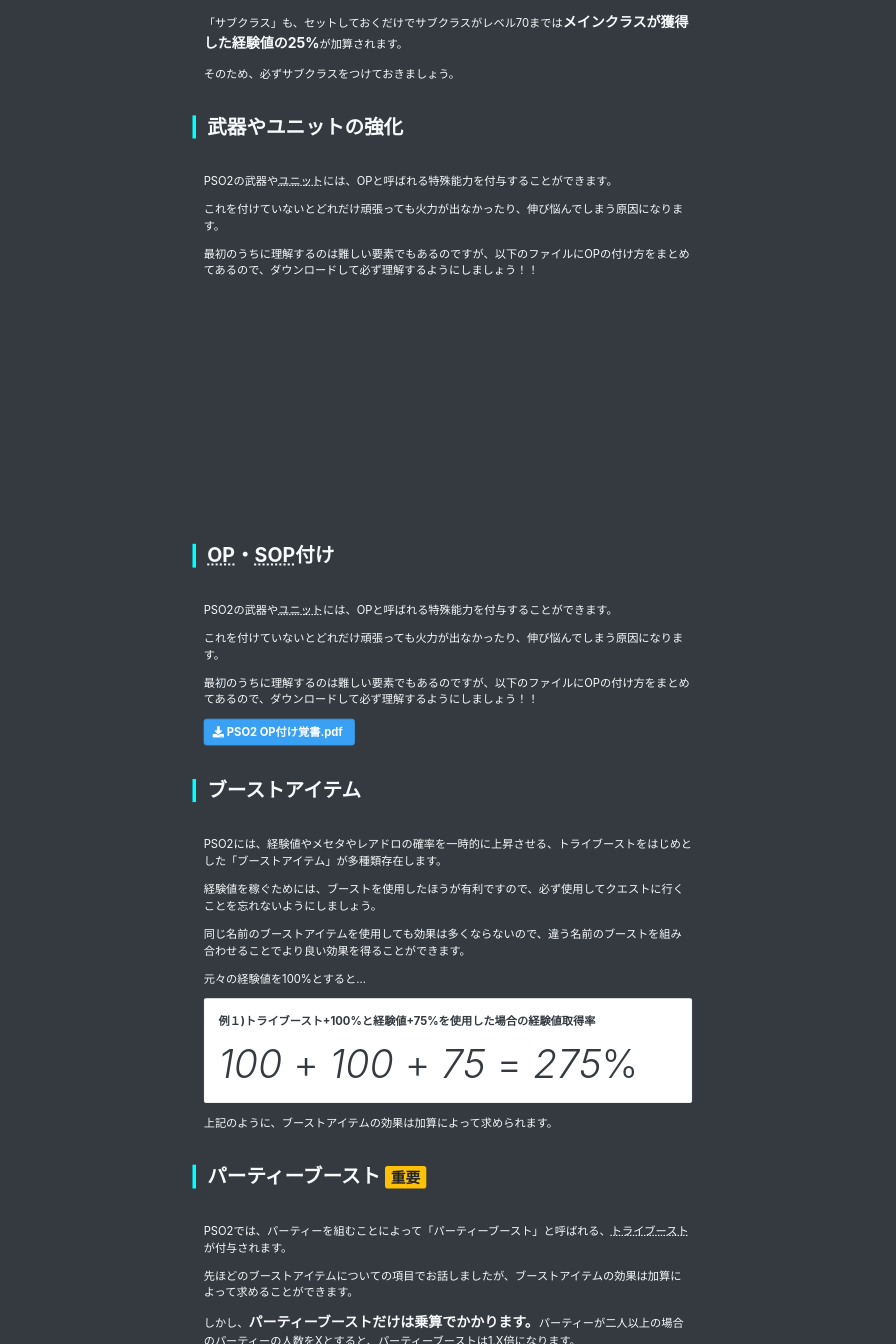
Repository: milkyahonpo/Website_source
Page: docs/capture.html
The author's editor kept a copy of each file at every save. The page is drawn from the files as they stood at one save, then again after the next save.
The browser window is 1280 px wide. The pictures show the part of the page from y = 2917 to 4837 px (the page is 10328 px tall before and 10200 px after), at 70% of full size.
Pictures or frames that could not be fetched are drawn as grey boxes. Some web libraries are served in a nearby version.

Above is the page before, as saved 2020-02-03 09:53:15.

### docs/capture.html
<!DOCTYPE html>
<html lang="ja">
  <head>
    <!-- Required meta tags -->
    <meta charset="utf-8">
    <meta name="viewport" content="width=device-width, initial-scale=1, shrink-to-fit=no">
    <!-- Bootstrap CSS -->
    <link rel="stylesheet" href="https://stackpath.bootstrapcdn.com/bootstrap/4.3.1/css/bootstrap.min.css" integrity="sha384-ggOyR0iXCbMQv3Xipma34MD+dH/1fQ784/j6cY/iJTQUOhcWr7x9JvoRxT2MZw1T" crossorigin="anonymous">
    <!-- My CSS -->
    <link rel="stylesheet" href="css/capture.css">
    <!-- favicon -->
    <link rel="shortcut icon" href="img/favicon.ico">
    <!-- Font Awesome -->
    <link href="https://use.fontawesome.com/releases/v5.6.1/css/all.css" rel="stylesheet">
    <!-- Google Fonts -->
    <link href="https://fonts.googleapis.com/css?family=Titillium+Web&display=swap" rel="stylesheet">

    <title>みるく屋本舗 - 攻略本 -</title>
  </head>

  <body>
  <!-- Navigation -->
  <nav class="navbar navbar-expand-lg navbar-light fixed-top py-3" id="mainNav">
    <div class="container">
      <a class="navbar-brand" href="index.html">
        <img src="./img/logo.png" width="50" height="50" alt="">
        <b>みるく屋本舗</b>
      </a>
      <button class="navbar-toggler navbar-togglar-right" type="button" data-toggle="collapse" data-target="#navbarResponsive" aria-controls="navbarResponsive" aria-expanded="false" aria-label="Toggle navigation">
        <span class="navbar-toggler-icon"></span>
      </button>
      <div class="collapse navbar-collapse" id="navbarResponsive">
        <ul class="navbar-nav ml-auto my-2 my-lg-0">
          <li class="nav-item">
            <a class="nav-link js-scroll-trigger" href="#basic">基礎知識</a>
          </li>
          <li class="nav-item">
            <a class="nav-link js-scroll-trigger" href="#lv1-50">Lv01～Lv50</a>
          </li>
          <li class="nav-item">
            <a class="nav-link js-scroll-trigger" href="#lv51-75">Lv51～Lv75</a>
          </li>
          <li class="nav-item">
            <a class="nav-link js-scroll-trigger" href="#lv76-80">Lv76～Lv80</a>
          </li>
          <li class="nav-item">
            <a class="nav-link js-scroll-trigger" href="#lv81-90">Lv81～Lv90</a>
          </li>
        </ul>
      </div>
    </div>
  </nav>
  <!-- About Section -->
  <section class="page-section h-100 bg-dark text-light">
    <div class="container h-100">
      <div class="row h-100 justify-content-center align-items-center">
        <div class="col-lg-8">
          <h2 class="display-1 mt-0 font-weight-bold text-center"><span style="color: cyan;">攻</span>略本</h2>
          <hr class="divider my-4">
          <p class="lead text-center">チムメンに役立つ育成情報を掲載します！</p>
          <p class="text-center"><small>最終更新 : 2020/01/23</small></p>
        </div>
      </div>
    </div>
  </section>

  <div class="page-section bg-dark text-light">
    <div class="container">
      <div class="row py-5 justify-content-center" id="basic">
        <div class="col-md-8">
          <h2 class="font-weight-bold">基礎知識</h2>
          <h3 class="my-5 pl-3"><strong class="font-weight-bold">メインクラスとサブクラス</strong></h3>
          <div class="px-3">
            <div>
              PSO2には「メインクラス」と「サブクラス」があります。
              <ul>
                <li>「メインクラス」装備できる武器に影響するクラス</li>
                <li>「サブクラス」一部のスキルとステータスの影響を受けるクラス<br>
              </ul>
              以下にクラス一覧と、その装備できる武器について示します。
            </div>
            <p class="alert alert-info">ガンスラッシュはどのクラスでも使用することができます。</p>
            <h4>通常クラス</h4>
            <table class="table table-striped table-hover my-3 table-dark">
              <tr><th>アイコン</th><th>クラス名</th><th>略称</th><th>装備できる武器</th></tr>
              <tr><td><img class="img-thumbnail" src="img/Hu.png"　style="display: inline-block" width="50px" height="auto"></td><td><a href="https://pso2.swiki.jp/index.php?%E3%83%8F%E3%83%B3%E3%82%BF%E3%83%BC">ハンター</a></td><td>Hu</td><td><ul><li>ソード</li><li>ワイヤードランス</li><li>パルチザン</li></ul></td></tr>
              <tr><td><img class="img-thumbnail" src="img/Fi.png"　style="display: inline-block" width="50px" height="auto"></td><td><a href="https://pso2.swiki.jp/index.php?%E3%83%95%E3%82%A1%E3%82%A4%E3%82%BF%E3%83%BC">ファイター</a></td><td>Fi</td><td><ul><li>ツインダガー</li><li>ダブルセイバー</li><li>ナックル</li></ul></td></tr>
              <tr><td><img class="img-thumbnail" src="img/Ra.png"　style="display: inline-block" width="50px" height="auto"></td><td><a href="https://pso2.swiki.jp/index.php?%E3%83%AC%E3%83%B3%E3%82%B8%E3%83%A3%E3%83%BC">レンジャー</a></td><td>Ra</td><td><ul><li>ランチャー</li><li>アサルトライフル</li></ul></td></tr>
              <tr><td><img class="img-thumbnail" src="img/Gu.png"　style="display: inline-block" width="50px" height="auto"></td><td><a href="https://pso2.swiki.jp/index.php?%E3%82%AC%E3%83%B3%E3%83%8A%E3%83%BC">ガンナー</a></td><td>Gu</td><td><ul><li>ツインマシンガン</li><li>アサルトライフル</li></ul></td></tr>
              <tr><td><img class="img-thumbnail" src="img/Fo.png"　style="display: inline-block" width="50px" height="auto"></td><td><a href="https://pso2.swiki.jp/index.php?%E3%83%95%E3%82%A9%E3%83%BC%E3%82%B9">フォース</a></td><td>Fo</td><td><ul><li>ロッド</li><li>タリス</li></ul></td></tr>
              <tr><td><img class="img-thumbnail" src="img/Te.png"　style="display: inline-block" width="50px" height="auto"></td><td><a href="https://pso2.swiki.jp/index.php?%E3%83%86%E3%82%AF%E3%82%BF%E3%83%BC">テクター</a></td><td>Te</td><td><ul><li>ウォンド</li><li>タリス</li></ul></td></tr>
              <tr><td><img class="img-thumbnail" src="img/Br.png"　style="display: inline-block" width="50px" height="auto"></td><td><a href="https://pso2.swiki.jp/index.php?%E3%83%96%E3%83%AC%E3%82%A4%E3%83%90%E3%83%BC">ブレイバー</a></td><td>Br</td><td><ul><li>カタナ</li><li>バレットボウ</li></ul></td></tr>
              <tr><td><img class="img-thumbnail" src="img/Bo.png"　style="display: inline-block" width="50px" height="auto"></td><td><a href="https://pso2.swiki.jp/index.php?%E3%83%90%E3%82%A6%E3%83%B3%E3%82%B5%E3%83%BC">バウンサー</a></td><td>Bo</td><td><ul><li>ジェットブーツ</li><li>デュアルブレード</li></ul></td></tr>
              <tr><td><img class="img-thumbnail" src="img/Su.png"　style="display: inline-block" width="50px" height="auto"></td><td><a href="https://pso2.swiki.jp/index.php?%E3%82%B5%E3%83%A2%E3%83%8A%E3%83%BC">サモナー</a></td><td>Su</td><td><ul><li>タクト</li></ul></td></tr >
            </table>
            <div class="my-5">
              <p>これらの通常クラスのいずれか２つをレベル75にすることで選択可能になる<strong class="lead font-weight-bold">「後継クラス」</strong>というものがあります。</p>
              <p>後継クラスは現状で３つあり、ファントムとエトワールはサブクラスとしてセットすることができますが、メインクラスとして使う場合、<strong class="lead font-weight-bold">全てサブクラスをセットすることができません。</strong>その代わりに、各クラス特徴のある強力なクラススキルを有しており、非常に優秀なクラスとなっています。</p>
            </div>
            <h4>後継クラス</h4>
            <table class="table table-striped table-hover my-3 table-dark">
              <tr><th>アイコン</th><th>クラス名</th><th>略称</th><th>装備できる武器</th></tr>
              <tr><td><img class="img-thumbnail" src="img/Hr.png"　style="display: inline-block" width="50px" height="auto"></td class="align-items-center"><td><a href="https://pso2.swiki.jp/index.php?%E3%83%92%E3%83%BC%E3%83%AD%E3%83%BC">ヒーロー</a></td><td>Hr</td><td><ul><li>ソード</li><li>ツインマシンガン</li><li>タリス</li></ul></td></tr>
              <tr><td><img class="img-thumbnail" src="img/Ph.png"　style="display: inline-block" width="50px" height="auto"></td><td><a href="https://pso2.swiki.jp/index.php?%E3%83%95%E3%82%A1%E3%83%B3%E3%83%88%E3%83%A0">ファントム</a></td><td>Ph</td><td><ul><li>カタナ</li><li>アサルトライフル</li><li>ロッド</li></td></tr>
              <tr><td><img class="img-thumbnail" src="img/Et.png"　style="display: inline-block" width="50px" height="auto"></td><td><a href="https://pso2.swiki.jp/index.php?%E3%82%A8%E3%83%88%E3%83%AF%E3%83%BC%E3%83%AB">エトワール</a></td><td>Et</td><td><ul><li>ダブルセイバー</li><li>デュアルブレード</li><li>ウォンド</li></td></tr>
            </table>
            <p>「メインクラス」は、当然ですが入手した経験値の100%が加算されます。</p>
            <p>「サブクラス」も、セットしておくだけでサブクラスがレベル70までは<strong class="lead font-weight-bold">メインクラスが獲得した経験値の25%</strong>が加算されます。</p>
            <p>そのため、必ずサブクラスをつけておきましょう。</p>
          </div>
          <h3 class="my-5 pl-3"><strong class="font-weight-bold">武器やユニットの強化</strong></h3>
          <div class="px-3">
            <p>PSO2の武器や<abbr title="防具のこと">ユニット</abbr>には、OPと呼ばれる特殊能力を付与することができます。</p>
            <p>これを付けていないとどれだけ頑張っても火力が出なかったり、伸び悩んでしまう原因になります。</p>
            <p>最初のうちに理解するのは難しい要素でもあるのですが、以下のファイルにOPの付け方をまとめてあるので、ダウンロードして必ず理解するようにしましょう！！</p>
            <div class="movie-box">
              <iframe width="560" height="315" src="https://www.youtube-nocookie.com/embed/dSWcW5Sa8bw" frameborder="0" allow="accelerometer; autoplay; encrypted-media; gyroscope; picture-in-picture" allowfullscreen></iframe>
            </div>
          </div>
          <h3 class="my-5 pl-3"><strong class="font-weight-bold"><abbr title="特殊能力(DL先のファイルに詳細)">OP</abbr>・<abbr title="S級特殊能力(DL先のファイルに詳細)">SOP</abbr>付け</strong></h3>
          <div class="px-3">
            <p>PSO2の武器や<abbr title="防具のこと">ユニット</abbr>には、OPと呼ばれる特殊能力を付与することができます。</p>
            <p>これを付けていないとどれだけ頑張っても火力が出なかったり、伸び悩んでしまう原因になります。</p>
            <p>最初のうちに理解するのは難しい要素でもあるのですが、以下のファイルにOPの付け方をまとめてあるので、ダウンロードして必ず理解するようにしましょう！！</p>
            <a class="text-decoration-none" href="./document/PSO2 OP付け覚書.pdf" download="PSO2 OP付け覚書.pdf">
              <button class="btn btn-primary">
                <span class="text-decoration-none"><i class="fas fa-download"></i><b class="px-1">PSO2 OP付け覚書.pdf</b></span>
              </button>
            </a>
          </div>
          <h3 class="my-5 pl-3"><strong class="font-weight-bold">ブーストアイテム</strong></h3>
          <div class="px-3">
            <p>PSO2には、経験値やメセタやレアドロの確率を一時的に上昇させる、トライブーストをはじめとした「ブーストアイテム」が多種類存在します。</p>
            <p>経験値を稼ぐためには、ブーストを使用したほうが有利ですので、必ず使用してクエストに行くことを忘れないようにしましょう。</p>
            <p>同じ名前のブーストアイテムを使用しても効果は多くならないので、違う名前のブーストを組み合わせることでより良い効果を得ることができます。</p>
            <p>元々の経験値を100%とすると...</p>
            <div class="card mb-3 text-dark">
              <div class="card-body">
              <p><b>例１)トライブースト+100%と経験値+75%を使用した場合の経験値取得率</b></p>
              <strong class="my-1 display-4"><var>100</var> + <var>100</var> + <var>75</var> = <var>275</var>%</strong>
              </div>
            </div>
            <p>上記のように、ブーストアイテムの効果は加算によって求められます。</p>
          </div>
          <h3 class="my-5 pl-3"><strong class="font-weight-bold">パーティーブースト </strong><span class="badge badge-warning">重要</span></h3>
          <div class="px-3">
            <p>PSO2では、パーティーを組むことによって「パーティーブースト」と呼ばれる、<abbr title="略称「トラブ」 メセタ、レアドロ、経験値獲得量UP">トライブースト</abbr>が付与されます。</p>
            <p>先ほどのブーストアイテムについての項目でお話しましたが、ブーストアイテムの効果は加算によって求めることができます。</p>
            <p>しかし、<strong class="lead font-weight-bold">パーティーブーストだけは乗算でかかります。</strong>パーティーが二人以上の場合のパーティーの人数をXとすると、パーティーブーストは1.X倍になります。</p>
            <div class="card mb-3 text-dark">
              <div class="card-body">
              <p><b>例２)例１の場合でパーティー４人の場合の経験値取得率</b></p>
              <strong class="my-1 display-4"><var>275</var> * <var>1.4</var> = <span class="enh"><var>385</var>%</span></strong><br>
              </div>
            </div>
            <p>絶対に４人パーティーで行きましょう！</p>
          </div>
          <h3 class="my-5 pl-3"><strong class="font-weight-bold">PSO2の日(毎月2日 +プレミアムは22日)</strong></h3>
          <div class="px-3">
            <p>この日だけは、終日トライブースト+100%が標準で付きます。</p>
            <p>この日にレベルアップクエストを全力で周回しましょう！</p>
            <p>また、ボーナスキー東京・金ももらえますので、必ずログインしましょう！</p>
          </div>
          <h3 class="my-5 pl-3"><strong class="font-weight-bold">プレミアムアカウント </strong><span class="badge badge-warning">重要</span></h3>
          <div class="px-3">
            <p>プレミアムアカウントだと、その期間は常にトライブースト+50%が付与されます。</p>
            <p>また、プレミアムアカウントだとプレミアムドリンクを飲むことができ、確定で経験値UPの効果を得られるドリンクを飲むことができます！</p>
            <p>一応ノーマルアカウントでもランダムで出ますが、そちらは+10%でこちらは+15%なので、地味にありがたいことであったりします。</p>
            <p>その他多くのメリットがあり、非常におすすめです。詳細は以下からご確認ください。</p>
            <a href="http://pso2.jp/players/manual/preparations/ac/#sys-manual-513"><button class="btn btn-primary"><i class="fas fa-question-circle"></i> プレミアムアカウントについて</button></a>
          </div>
        </div>
      </div>
      <div class="row py-5 justify-content-center" id="lv1-50">
        <div class="col-lg-8">
          <h2><b>Lv01～50</b></h2>
          <h3 class="my-5 pl-3"><strong class="font-weight-bold">クエストに行かない！</strong></h3>
          <div class="px-3">
            <p>それが大事です。ひたすらに。</p>
            <p>理由としては、難易度的にも効率的にも、経験値がおいしくないからです。</p>
            <p>初心者として始めた時点だと、倉庫に「経験値獲得チケット」が眠っているので、まずはそれを使ってドシドシとレベルを上げていきましょう！</p>
            <p>１レベル上がるのに必要な経験値が一気に上がるのは41レベル以降なので、そこまでは一気に上がっていくはずです。</p>
            <p><strong class="lead font-weight-bold">しかし！！</strong>以下の注意点があります...</p>
          </div>
          <h3 class="my-5 pl-3"><strong class="font-weight-bold">レベル制限解除試練・Ⅰ<span class="mx-3">or</span>Ⅱ</strong></h3>
          <div class="px-3">
            <p><strong class="lead font-weight-bold">ゲートエリアのNPCコフィーのクライアントオーダー</strong>から、Ⅰはクラスレベル20、Ⅱはクラスレベル35になると受けることができます。</p>
            <p>このオーダーをクリアしておかないと、レベル30とレベル40の時点で<abbr title="レベルがそれ以上上がらない状態になること">レベルキャップ</abbr>を迎えてしまいます。そうなると経験値チケットを使用しても無駄になるだけなので、しっかりと解放しておきましょう！</p>
          </div>
        </div>
      </div>
      <div class="row py-5 justify-content-center" id="lv51-75">
        <div class="col-lg-8">
          <h2 class="mb-5"><b>Lv51～75</b></h2>
          <h3 class="my-5 pl-3"><strong class="font-weight-bold">ボーナスキー</strong></h3>
          <div class="px-3">
            <p><strong class="lead font-weight-bold">ここまで取っておいた君！よく我慢した！！！</strong></p>
            <p>ボーナスキーは有効期限がありますので、ここらで使うのも手ではないでしょうか。</p>
            <p>しかし、ボーナスクエストは、自身の現在のレベルに比例して取得できる経験値量が増加します。</p>
            <p>自身のレベルが80になると、取得できる経験値量の変動が頭打ちになるので、そこで使うのがもっとも効率が良い方法になります。</p>
            <p><strong class="lead font-weight-bold">PSO2の日はボーナスクエストにも経験値+100%がつく</strong>ので、期限がもつならその時に行きましょう！</p>
          </div>
          <h3 class="my-5 pl-3"><strong class="font-weight-bold">暗影渦巻く壊れた世界SH </strong><span class="badge badge-warning">重要</span></h3>
          <div class="px-3">
            <p>これより経験値がおいしいクエストは、他にはボーナスキーしかないレベルです。</p>
            <p>圧倒的経験値効率を誇るクエストなので、レベリングには必ず行きましょう！</p>
            <p><strong class="lead font-weight-bold">レベルアップクエストの仕様上、5日周期で1日来る</strong>ので必ずチェックしておきましょう。</p>
          </div>
          <h3 class="my-5 pl-3"><strong class="font-weight-bold">クラスごとの<abbr title="スキルポイント スキルツリーのスキルを取得するために必要になる レベル1UPごとに1SP">SP</abbr>取得クライアントオーダー </strong><span class="badge badge-warning">重要</span></h3>
          <div class="px-3">
            <p>レベル75になると、クラスキューブというアイテムを渡すことによって、クラスごとにSPを獲得できるクライアントオーダーが解放されます。</p>
            <p>クラスキューブとは、ハンターであれば「Huエクスキューブ」といったような、クラスの略称がついたアイテムになります。</p>
            <p>全てのクラス共通で、最初は1個、次は2個、3個、4個と要求数が増えていき、全4つのオーダーで合計10個のクラスキューブが必要になります。</p>
            <p><strong class="lead font-weight-bold">ゲートエリアのNPCシロナの「トレジャーショップ」</strong>から、SGまたはメセタを使用してクラスキューブを購入することができます。売っているクラスキューブは日替わりなので、自分の欲しいクラスキューブが陳列された時に購入しましょう！</p>
            <p>また、レベル90のレベルキャップに到達した状態でレベルアップすることで、そのクラスのクラスキューブを<strong class="lead font-weight-bold">レベルアップごとに７個</strong>取得することができます。</p>
          </div>
        </div>
      </div>
          <!--
          <h3 class="my-5 pl-3"><strong class="font-weight-bold">レベル75制限解除試験・○○ </strong><span class="badge badge-info">後継クラスのみ</span></h3>
          <p>レベル75制限解除試験とは、その名の通りレベル75のレベルキャップを解放するクライアントオーダーです。</p>
          <p>これまでもレベル30の時点やレベル40の時点にも存在したものと同じになります。</p>
          <p>このレベルキャップ解放はクラスごとにクリアする必要があります。</p>
          <p>条件は、<br>
          <strong class="lead font-weight-bold">「<abbr title="ガンスラッシュは対象外です">メインクラスで装備できる武器種</abbr>の☆13以上を+35まで強化する」</strong><br>
          というものになります。</p>
          <p><strong class="lead font-weight-bold">ゲートエリアのNPCプリンの「コレクトシート」</strong>で、☆13武器の+35をゲットするだけで達成することができます。</p>
          <p>コレクトシートとは、数あるアイテムの中から自身が欲しいアイテムを選択し、そのアイテムのシートを入手したのちに、シート中に記載されている必要項目を全達成することで対象のアイテムが入手できるというものです。</p>
          <p>それぞれの項目に指定された条件を達成すると項目のゲージが上昇していき、ゲージが最大になった時にドロップするアイテムを入手することで項目が達成されます。</p>
          <p>基本的にコレクトシートの項目の条件は、入手した時点で開催されている緊急クエストや期間限定クエストで達成できるものが設定されているので、どんどん参加しましょう！</p>
          -->

      <div class="row py-5 justify-content-center" id="lv76-80">
        <div class="col-lg-8">
          <h2 class="mb-5"><b>Lv76～80</b></h2>
          <h3 class="my-5 pl-3"><strong class="font-weight-bold">必要経験値の異常なまでの上昇 </strong><span class="badge badge-danger">難関</span></h3>
          <p><strong class="lead font-weight-bold">今までとは比べ物にならないくらいにレベルが上がらなくなってきます。</strong></p>
          <p>ただ、昔のPSO2と比較したら今はボーナスキーもあり、レベルアップクエストなんてものもあり、
          そのうえPSO2の日では経験値+100%で、プレミアムなら毎日トライブースト+50%もつくだって！？</p>
          <strong class="lead font-weight-bold">めげずに頑張りましょう！私たちがついています！</strong>

          <h3 class="my-5 pl-3"><strong class="font-weight-bold">ボーナスキー </strong></h3>
          <p>それはここでも同じです。</p>
          <p>PSO2で経験値が一番おいしいクエストは間違いなくボーナスキー！</p>
          <p>手に入れたらPSO2の日をねらって絶対に行きましょう！</p>
          <p>(ブーストアイテムを忘れずにね！)</p>

          <h3 class="my-5 pl-3"><strong class="font-weight-bold">暗影渦巻く壊れた世界XH </strong><span class="badge badge-success">更新時点 推奨</span></h3>
          <p>現状最強武器の「リバレイト〇〇」という武器の入手にはクラスキューブが必要になります。</p>
          <p>また、2020/02/05まで開催されている<a href="http://pso2.jp/players/event/newyear2020/">SPACE MAGATSU DESTROYERS</a>の個人ポイント獲得はこの暗影でもためることができ、暗影は1周2分で周回できるので非常に高効率となっています。(本来あってはならないことかもしれませんが...)</p>
          <p>以上の理由から、現時点では高レベルのプレイヤーも暗影を周回しており、人がすぐに集まることも多いため、以下に記載してあるSHを周回するよりも圧倒的に高効率でレベルアップすることができます。</p>

          <h3 class="my-5 pl-3"><strong class="font-weight-bold">暗影渦巻く壊れた世界SH </strong><span class="badge badge-secondary">更新時点 非推奨</span></h3>
          <p>「え？なんでまだこの段階でもXH行かないの？」</p>
          <p>そう思う方も多いことでしょう。</p>
          <p>試しにXHに行ってみた方はわかると思いますが、
          <strong class="lead font-weight-bold">クエストに12人いることのほうが少ないです。</strong></p>
          <p>理由はSHとXHの受注可能なレベル帯の差にあります。</p>
          <p>SHはレベル50から受注可能で、XHには、メインサブの双方を75まで上げないと行けません。</p>
          <p>なので、SHを回るのは、75-50=レベル25分の幅の方で、
          なおかつメインはレベル75であってもサブはまだという方も含まれます。</p>
          <p>それに対してXHはレベル75から受注可能で、最大はレベル90です。</p>
          <p>なので、XHを回るのは、90-75=レベル15分の幅の方で、
          なおかつメインサブ双方が75以上である方です。</p>
          <p>それゆえに、暗影で人数が集まるのは必然的にSHとなるわけです。</p>
          <p>人数が集まるということは、パーティーが組めるのでブーストがのる。</p>
          <p><strong class="lead font-weight-bold">そういうことです！</strong></p>

          <h3 class="my-5 pl-3"><strong class="font-weight-bold">クラスごとのSP取得クライアントオーダー </strong></h3>
          <p>Lv51～75で前述のとおりです。</p>
          <p>もしもレベル75の時点でやっていなかったのであれば、必ずここで済ませてしまいましょう！</p>

          <!--
          <h3 class="my-5 pl-3"><strong class="font-weight-bold">レベル80制限解除試験・○○ </strong></h3>
          <p>「またレベルキャップか・・・」</p>
          <p>安心してください。今回のは<b>めちゃくちゃ簡単</b>です。</p>
          <p>レベルを75にした時点で称号報酬でもらっていた、３つの<strong class="lead font-weight-bold">「サブ／ステラウォール」</strong>というユニット。</p>
          <p>若しくは、ここまで暗影を周回している人なら持っているであろう「ウェポンズバッジ2019」。</p>
          <p>それとバッジ交換ショップで交換できる☆12ユニットの、</p>
          <p><strong class="lead font-weight-bold">「リア／サーキュレイ」、「アーム／サーカレイ」、「レッグ／サークレイ」</strong>。</p>
          <p>そのどちらかのシリーズを全て+10にしてから装備して話しかけるだけで達成できます。</p>
          <p>ユニットの強化は、武器と比較してものすごく簡単なので、
          強化値+7までは補助アイテム何も無しで上げていき、
          +8以降は、「強化成功率+5%」と「強化リスク軽減(+1)」を使用して上げていくだけで十分です。</p>
          <p>もっていないのであれば、どちらも非常に安価にマイショップで販売していますので、
          どんどん上げて、ぱぱっと報告してしまいましょう！</p>
          -->
        </div>
      </div>
      <div class="row py-5 justify-content-center" id="lv81-90">
        <div class="col-lg-8">
          <h2 class="mb-5"><b>Lv81～90</b></h2>
          <h3 class="my-5 pl-3 display-4"><font color="orange">気合 <i class="fas fa-exclamation"></i></font></h3>
          <p>今までの知識をすべて駆使してレベルを上げていきましょう。</p>
          <p>ブースト、ボーナスキー、暗影...</p>
          <p><b style="font-size: 20px">頂上はもうすぐです！</b></p>
        </div>
      </div>
    </div>
  </div>
</section>
  <!-- Footer -->
  <footer class="bg-light py-5">
    <div class="container">
      <div class="small text-center text-muted">※当サイトの一部の掲載画像等に関する権利は、株式会社セガゲームズに帰属しています。</div>
      <div class="small text-center text-muted">Copyright &copy; 2019 - MYH / SEGA PHANTASY STAR ONLINE 2</div>
    </div>
  </footer>

  <!-- Bootstrap core JavaScript -->
  <script src="vendor/jquery/jquery.min.js"></script>
  <script src="vendor/bootstrap/js/bootstrap.bundle.min.js"></script>

  <!-- Plugin JavaScript -->
  <script src="vendor/jquery-easing/jquery.easing.min.js"></script>
  <script src="vendor/magnific-popup/jquery.magnific-popup.min.js"></script>

  <!-- Custom scripts for this template -->
  <script src="js/creative.min.js"></script>

    <!-- Optional JavaScript -->
    <!-- jQuery first, then Popper.js, then Bootstrap JS -->
    <script src="https://code.jquery.com/jquery-3.3.1.slim.min.js" integrity="sha384-q8i/X+965DzO0rT7abK41JStQIAqVgRVzpbzo5smXKp4YfRvH+8abtTE1Pi6jizo" crossorigin="anonymous"></script>
    <script src="https://cdnjs.cloudflare.com/ajax/libs/popper.js/1.14.7/umd/popper.min.js" integrity="sha384-UO2eT0CpHqdSJQ6hJty5KVphtPhzWj9WO1clHTMGa3JDZwrnQq4sF86dIHNDz0W1" crossorigin="anonymous"></script>
    <script src="https://stackpath.bootstrapcdn.com/bootstrap/4.3.1/js/bootstrap.min.js" integrity="sha384-JjSmVgyd0p3pXB1rRibZUAYoIIy6OrQ6VrjIEaFf/nJGzIxFDsf4x0xIM+B07jRM" crossorigin="anonymous"></script>
  </body>
</html>

### docs/js/creative.min.js
/*!
 * Start Bootstrap - Creative v5.1.6 (https://startbootstrap.com/template-overviews/creative)
 * Copyright 2013-2019 Start Bootstrap
 * Licensed under MIT (https://github.com/BlackrockDigital/startbootstrap-creative/blob/master/LICENSE)
 */

!function (e) { "use strict"; e('a.js-scroll-trigger[href*="#"]:not([href="#"])').click(function () { if (location.pathname.replace(/^\//, "") == this.pathname.replace(/^\//, "") && location.hostname == this.hostname) { var a = e(this.hash); if ((a = a.length ? a : e("[name=" + this.hash.slice(1) + "]")).length) return e("html, body").animate({ scrollTop: a.offset().top - 72 }, 1e3, "easeInOutExpo"), !1 } }), e(".js-scroll-trigger").click(function () { e(".navbar-collapse").collapse("hide") }), e("body").scrollspy({ target: "#mainNav", offset: 75 }); function a() { 100 < e("#mainNav").offset().top ? e("#mainNav").addClass("navbar-scrolled") : e("#mainNav").removeClass("navbar-scrolled") } a(), e(window).scroll(a)/*, e("#portfolio").magnificPopup({ delegate: "a", type: "image", tLoading: "Loading image #%curr%...", mainClass: "mfp-img-mobile", gallery: { enabled: !0, navigateByImgClick: !0, preload: [0, 1] }, image: { tError: '<a href="%url%">The image #%curr%</a> could not be loaded.' } })*/ }(jQuery);

Loaded but not shown: docs/css/capture.css (library); docs/vendor/jquery/jquery.min.js (library); docs/vendor/bootstrap/js/bootstrap.bundle.min.js (library); docs/vendor/jquery-easing/jquery.easing.min.js (common file); docs/vendor/magnific-popup/jquery.magnific-popup.min.js (library)

After the next save:
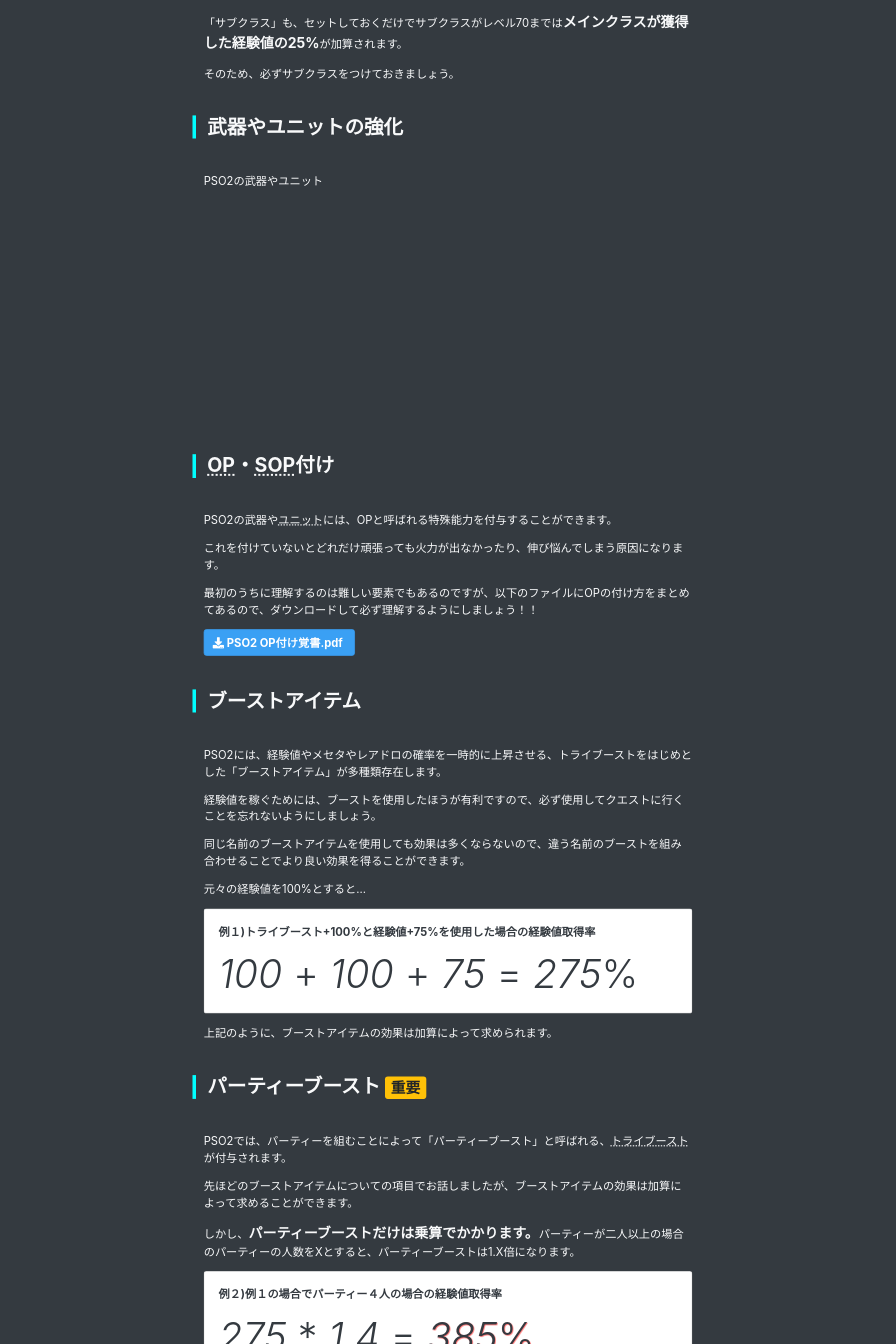
Saved 30 s later.
--- a/docs/capture.html
+++ b/docs/capture.html
@@ -110,9 +110,7 @@
           </div>
           <h3 class="my-5 pl-3"><strong class="font-weight-bold">武器やユニットの強化</strong></h3>
           <div class="px-3">
-            <p>PSO2の武器や<abbr title="防具のこと">ユニット</abbr>には、OPと呼ばれる特殊能力を付与することができます。</p>
-            <p>これを付けていないとどれだけ頑張っても火力が出なかったり、伸び悩んでしまう原因になります。</p>
-            <p>最初のうちに理解するのは難しい要素でもあるのですが、以下のファイルにOPの付け方をまとめてあるので、ダウンロードして必ず理解するようにしましょう！！</p>
+            <p>PSO2の武器やユニット</p>
             <div class="movie-box">
               <iframe width="560" height="315" src="https://www.youtube-nocookie.com/embed/dSWcW5Sa8bw" frameborder="0" allow="accelerometer; autoplay; encrypted-media; gyroscope; picture-in-picture" allowfullscreen></iframe>
             </div>
